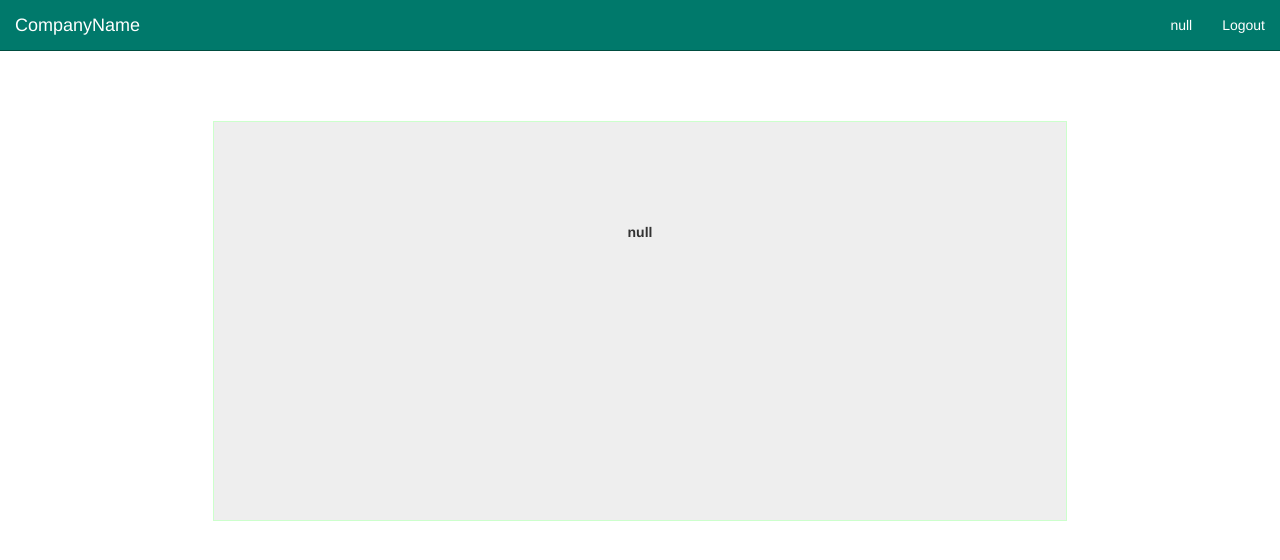
Repository: jayakumar721/projects
Page: http://localhost/TestEngine/result.jsp
The author's editor kept a copy of each file at every save. The page is drawn from the files as they stood at one save, then again after the next save.
The browser window is 1280 px wide. The pictures show the whole page.
Some web libraries are served in a nearby version. The page is served by Tomcat 9. Other server files are loaded and not shown.

Above is the page before, as saved 2017-11-28 11:45:04.

### TestEngine/WebContent/result.jsp
<%@ page language="java" contentType="text/html; charset=UTF-8"
	pageEncoding="UTF-8"%>
<!DOCTYPE html PUBLIC "-//W3C//DTD HTML 4.01 Transitional//EN" "http://www.w3.org/TR/html4/loose.dtd">
<html>
<head>
<meta http-equiv="Content-Type" content="text/html; charset=UTF-8">
<title>Insert title here</title>
<style type="text/css">
.result{
text-align:center;
margin-top:50px;
height:400px;
width:300px;
border:1px solid #ccffcc;
background-color:#eee;
}
.content{
margin-top:100px;
}

</style>

</head>
<body>
	<%@ include file="header.jsp"%>
	<div class="col-sm-2"></div>
	<div class="result col-sm-8">
	<div class="col-sm-4"></div>
	<div class="content col-sm-4">
		<label><%=session.getAttribute("marks") %></label>
	</div>
	</div>
</body>
</html>

### TestEngine/WebContent/header.jsp
<%@ page language="java" contentType="text/html; charset=UTF-8"
	pageEncoding="UTF-8"%>
<!DOCTYPE html PUBLIC "-//W3C//DTD HTML 4.01 Transitional//EN" "http://www.w3.org/TR/html4/loose.dtd">
<html>
<head>
<meta charset="UTF-8">
<title>Insert title here</title>

<link rel="stylesheet"
	href="https://maxcdn.bootstrapcdn.com/bootstrap/3.3.7/css/bootstrap.min.css">

<!-- jQuery library -->
<script
	src="https://ajax.googleapis.com/ajax/libs/jquery/3.2.1/jquery.min.js"></script>
<script src="vendor/jquery-validation/dist/jquery.validate.min.js"></script>

<!-- Latest compiled JavaScript -->
<script
	src="https://maxcdn.bootstrapcdn.com/bootstrap/3.3.7/js/bootstrap.min.js"></script>
<style type="text/css">
.navbar-inverse {
	background: #00796B;
	border-bottom-color: #004D40;
}

.navbar-inverse .navbar-nav>li>a, .navbar-inverse .navbar-brand,
	.navbar-inverse .navbar-nav>.dropdown>a .caret {
	color: #fff;
}

.navbar-inverse .navbar-nav>.open>a, .navbar-inverse .navbar-nav>.open>a:hover,
	.navbar-inverse .navbar-nav>.open>a:focus, .navbar-nav>li>.dropdown-menu
	{
	background: #4DB6AC;
}

.nav-pills
>
li
>
a
,
{
color
:

#303F9F
;


}
.nav>li>a:hover, .nav>li>a:focus {
	background-color: #EEEEEE;
}
</style>

</head>
<body>
	<div id="top-nav" class="navbar navbar-inverse navbar-static-top">
		<div class="container-fluid">
			<div class="navbar-header">
				<button type="button" class="navbar-toggle" data-toggle="collapse"
					data-target=".navbar-collapse">
					<span class="icon-bar"></span> <span class="icon-bar"></span> <span
						class="icon-bar"></span>
				</button>
				<a class="navbar-brand" href="dashboard.jsp">CompanyName</a>
			</div>
			<div class="navbar-collapse collapse">
				<ul class="nav navbar-nav navbar-right">
					<li><i class="fa fa-user-circle"></i><a><%=session.getAttribute("name")%></a>

					</li>

					<li><a href="Login.html"><i class="fa fa-sign-out"></i>
							Logout</a></li>
				</ul>
			</div>
		</div>
		<!-- /container -->
	</div>

</body>
</html>

After the next save:
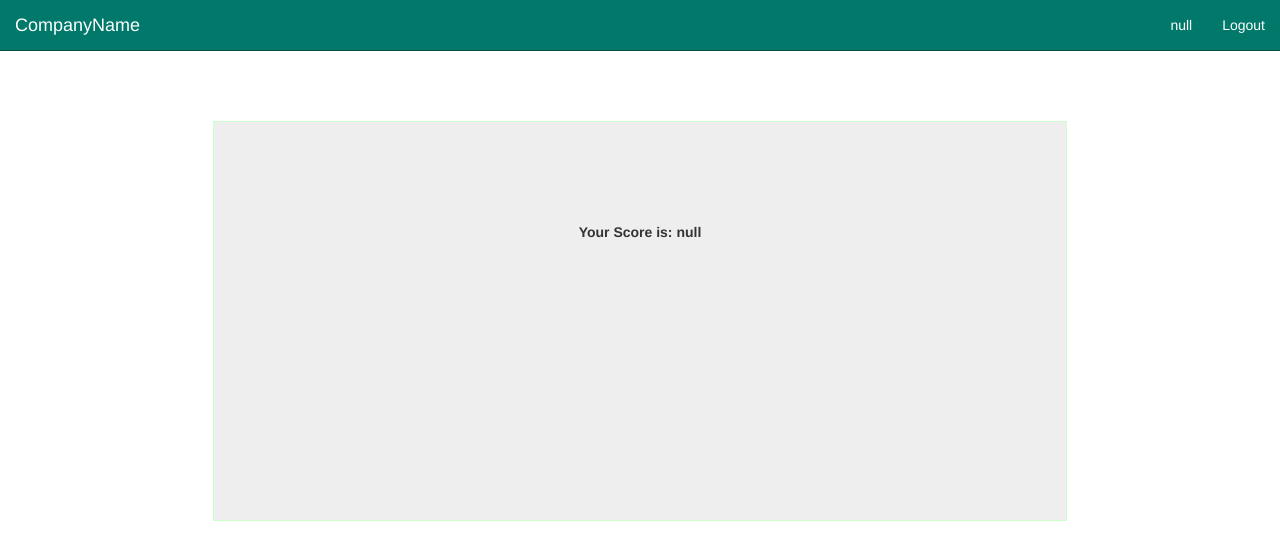
Saved 28 s later.
--- a/TestEngine/WebContent/result.jsp
+++ b/TestEngine/WebContent/result.jsp
@@ -27,6 +27,7 @@ margin-top:100px;
 	<div class="result col-sm-8">
 	<div class="col-sm-4"></div>
 	<div class="content col-sm-4">
+		<label>Your Score is:</label>
 		<label><%=session.getAttribute("marks") %></label>
 	</div>
 	</div>
